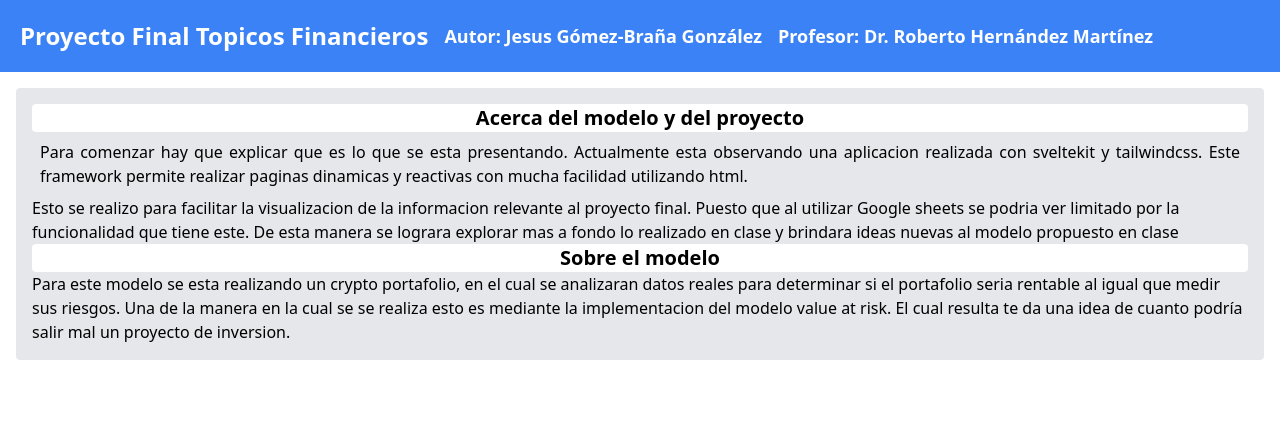
Repository: SistemaACT/Portafolio
Page: /
These files come from the project's save history. The page is drawn as it stood at one moment and after the next save; the edit follows.
The browser window is 1280 px wide. The pictures show the whole page.
The project was rebuilt for these pictures with package versions that can differ from the ones it lists, and the page was loaded fresh each time. The framework's server and built-in components were replaced by stand-ins that run in the browser. Also part of the build but not shown: svelte.config.js, vite.config.ts.

Above is the page before, as saved 2024-07-07 00:30:05.

### src/routes/+page.svelte
<div class="w-full bg-blue-500 text-white p-5 text-2xl font-bold flex items-center  space-x-4 ">
    <h1>
        Proyecto Final Topicos Financieros
    </h1>
    <p class="text-lg">Autor: Jesus Gómez-Braña González</p>
    <p class="text-lg">Profesor: Dr. Roberto Hernández Martínez</p>

</div>

<div class="bg-gray-200 rounded p-4 flex flex-col items-center m-4">
    <h2 class="w-full bg-white rounded text-xl font-bold text-center">Acerca del modelo y del proyecto</h2>
    <p class="text-justify p-2">
        Para comenzar hay que explicar que es lo que se esta presentando. Actualmente
        esta observando una aplicacion realizada con sveltekit y tailwindcss. Este framework permite
        realizar paginas dinamicas y reactivas con mucha facilidad utilizando html.
    </p>
    <p>
        Esto se realizo para facilitar la visualizacion de la informacion relevante al proyecto final.
        Puesto que al utilizar Google sheets se podria ver limitado por la funcionalidad que tiene este.
        De esta manera se lograra explorar mas a fondo lo realizado en clase y brindara ideas nuevas al modelo
        propuesto en clase
    </p>
    <h3 class="w-full bg-white rounded text-xl font-bold text-center">Sobre el modelo</h3>
    <p>
        Para este modelo se esta realizando un crypto portafolio, en el cual se analizaran datos reales para
        determinar si el portafolio seria rentable al igual que medir sus riesgos. Una de la manera en la cual se
        se realiza esto es mediante la implementacion del modelo value at risk. El cual resulta te da una idea de cuanto podría salir mal un proyecto de inversion.
    </p>
</div>

Loaded but not shown: src/app.html (common file); src/routes/+layout.svelte (common file); src/app.css (common file); tailwind.config.js (common file)

After the next save:
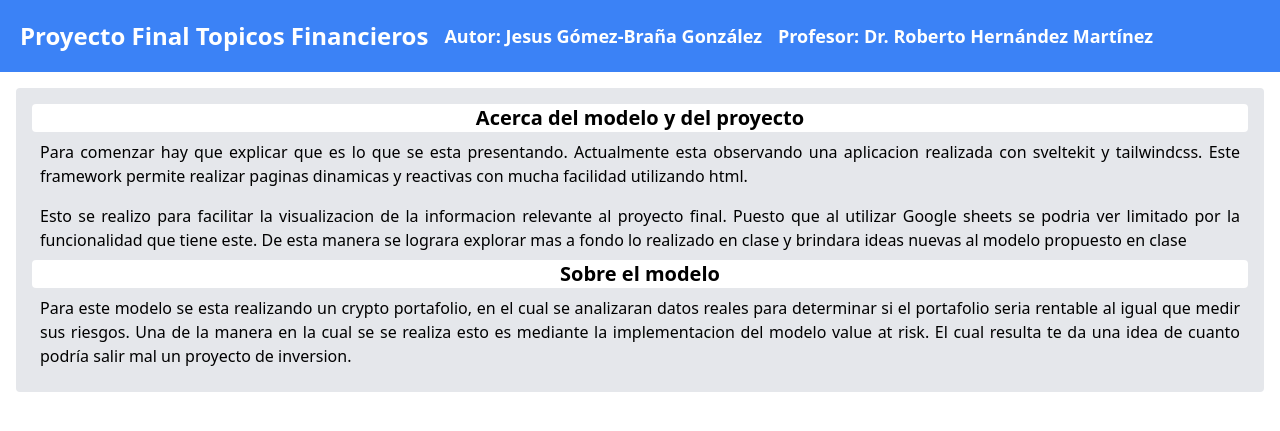
Saved 11 s later.
--- a/src/routes/+page.svelte
+++ b/src/routes/+page.svelte
@@ -14,14 +14,14 @@
         esta observando una aplicacion realizada con sveltekit y tailwindcss. Este framework permite
         realizar paginas dinamicas y reactivas con mucha facilidad utilizando html.
     </p>
-    <p>
+    <p class="text-justify p-2">
         Esto se realizo para facilitar la visualizacion de la informacion relevante al proyecto final.
         Puesto que al utilizar Google sheets se podria ver limitado por la funcionalidad que tiene este.
         De esta manera se lograra explorar mas a fondo lo realizado en clase y brindara ideas nuevas al modelo
         propuesto en clase
     </p>
     <h3 class="w-full bg-white rounded text-xl font-bold text-center">Sobre el modelo</h3>
-    <p>
+    <p class="text-justify p-2">
         Para este modelo se esta realizando un crypto portafolio, en el cual se analizaran datos reales para
         determinar si el portafolio seria rentable al igual que medir sus riesgos. Una de la manera en la cual se
         se realiza esto es mediante la implementacion del modelo value at risk. El cual resulta te da una idea de cuanto podría salir mal un proyecto de inversion.
